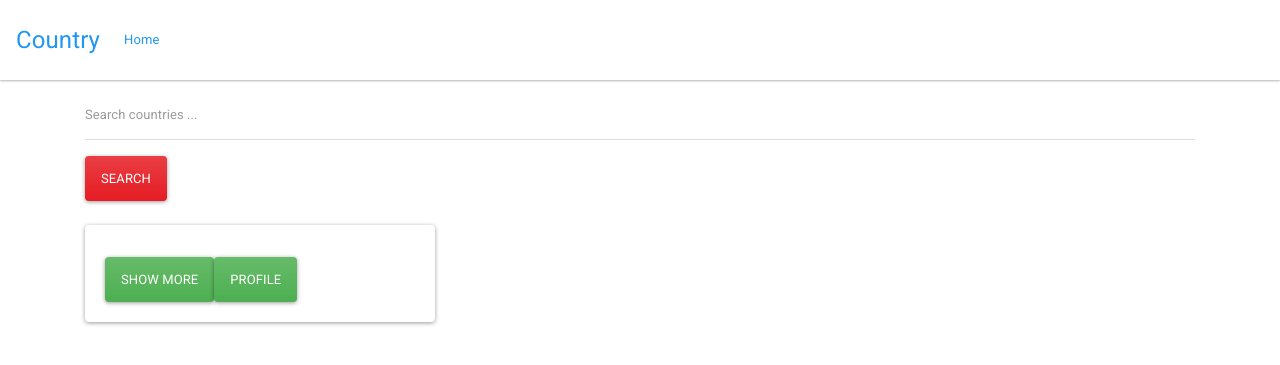
Repository: abdelhak-f/Countries_React
Page: / (app in client/)
The author's editor kept a copy of each file at every save. The page is drawn from the files as they stood at one save, then again after the next save.
The browser window is 1280 px wide. The pictures show the whole page.
The page's requests for data from a server got no answer. The project was rebuilt for these pictures with package versions that can differ from the ones it lists, and the page was loaded fresh each time. No one was signed in, and anything a server would have sent is missing.

Above is the page before, as saved 2021-05-06 12:06:54.

After the next save:
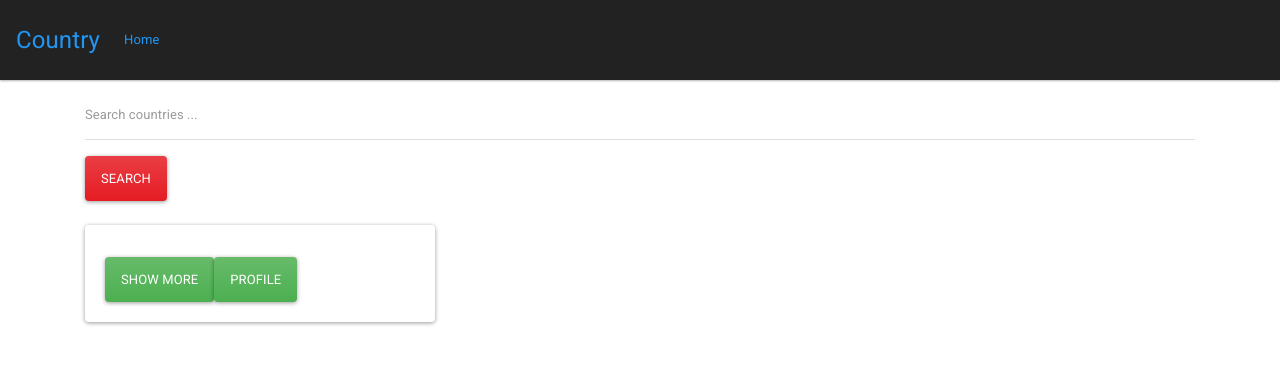
Saved 9 s later.
--- a/client/src/components/partials/Navbar.jsx
+++ b/client/src/components/partials/Navbar.jsx
@@ -3,7 +3,7 @@ import React from 'react';
 export default function Navbar() {
   return (
     <>
-    <nav className="navbar navbar-expand-sm  bg-yellow">
+    <nav className="navbar navbar-expand-sm  bg-dark">
         <a className="navbar-brand" href="#">Country</a>
         <button className="navbar-toggler d-lg-none" type="button" data-toggle="collapse" data-target="#collapsibleNavId" aria-controls="collapsibleNavId"
             aria-expanded="false" aria-label="Toggle navigation">
